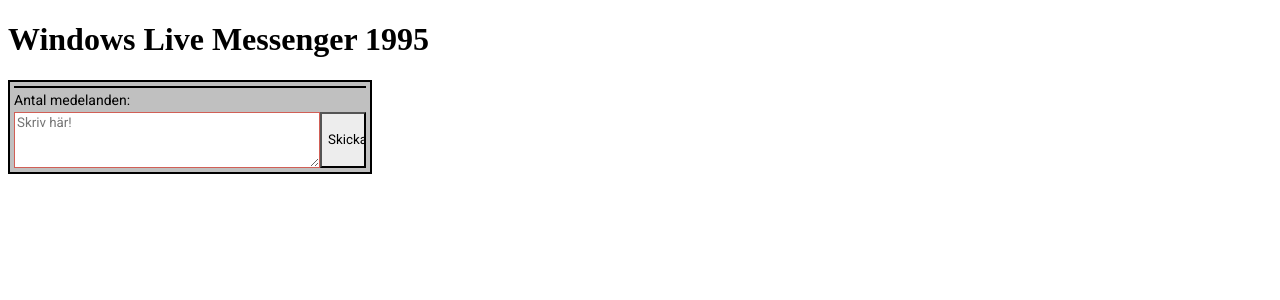
Repository: rs222kn/1dv403-laborationer
Page: 2-labbymezzage/index.html
The author's editor kept a record of every edit. The page is drawn from the files as they stood at one moment, then again after the next edit.
The browser window is 1280 px wide. The pictures show the whole page.

Above is the page before.

### 2-labbymezzage/index.html
<!DOCTYPE html>
<html lang="sv">
<head>
	<meta charset="UTF-8" />
 	<title>MSN</title>
 	<link href='https://fonts.googleapis.com/css?family=Roboto' rel='stylesheet' type='text/css'>
    <link rel="stylesheet" type="text/css" href="css/style.css">
</head>
    <body>
        <header>
            <h1>Windows Live Messenger 1995</h1>
        </header>
        <main>

            <div id="holder">
                <div id="messagearea">

                </div>
                <div id="controls">
                <p id="antMessage" >Antal medelanden: </p>

     		        <textarea id="txt" name="textarea" placeholder="Skriv här!" ></textarea>
     		        <input type="submit" name="bnt" id="send" value="Skicka"/>
     		    </div>
     		</div>

        </main>
        <script src="js/Aimessage.js"></script>
        <script src="js/Message.js"></script>
        <script src="js/MessageBoard.js"></script>
    </body>
</html>

### 2-labbymezzage/css/style.css
/* container for message */
.message{
    margin-left: 20px;
    padding: 6px;
    min-height: 64px;
    margin-bottom: 6px;
    margin-top: 6px;
    width: 300px;
    position: relative;
    background-color: #008080;
}
/* arraw */
.message:after {
	right: 100%;
	top: 78%;
	border: solid transparent;
	content: " ";
	height: 0;
	width: 0;
	position: absolute;
	pointer-events: none;
	border-right-color: #008080;
	border-width: 10px;
	margin-top: -10px;
}
/* mesasge text */
.messageText{

    font-family: 'Roboto', sans-serif;
    color: #FFFFFF;
    margin: 0;
    padding: 0;
    margin-bottom: 4px;
    margin-right: 40px;
}
/* time stamp text on message */
.pdate{
    font-family: 'Roboto', sans-serif;
    font-size: 10px;
    margin: 0;
    padding:0;
    margin-right: 40px;
}

#holder{
    background-color: #C0C0C0;
    width: 360px;
    border: solid 2px;
}
#messagearea{
    margin: 4px;
    border: solid 1px;
}
/* img buttins (clock/remove)*/
.imgBtn{
    height: 20px;
    width: 20px;
    margin:0;
    padding: 0;
    float:right;
}

#txt{
    font-family: 'Roboto', sans-serif;
    margin-left:4px;
    width: 300px;
	height:50px;
	border:1px solid #D15F56;
}
#send{
    font-family: 'Roboto', sans-serif;
    float:right;
    position:relative;
    height:56px;
	width:46px;
	background-color:#ededed;
	margin-right: 4px;
}
#send:hover {
	background-color:#dfdfdf;
}
#send:focus{
    outline:0 !important;
}
#antMessage{
    font-family: 'Roboto', sans-serif;

    font-size: 14px;
    margin: 0;
    padding: 0;
    margin-left: 4px;
    margin-bottom: 4px;

}

#controls{

}



/*Aimesage*/
/* container for message */
.aimessage{
    margin-left: 20px;
    padding: 6px;
    min-height: 64px;
    margin-bottom: 6px;
    margin-top: 6px;
    width: 300px;
    position: relative;
    background-color: #56AAAA;
}
/* arraw */
.aimessage:after {
	left: 100%;
	top: 78%;
	border: solid transparent;
	content: " ";
	height: 0;
	width: 0;
	position: absolute;
	pointer-events: none;
	border-left-color: #56AAAA;
	border-width: 10px;
	margin-top: -10px;
}

### 2-labbymezzage/js/Aimessage.js
"use strict";

function Aimessage(text){
    var doc = {
        btn: document.getElementById("send"),
        txt: document.getElementById("txt"),
        antmess: document.getElementById("antMessage"),
        div: document.getElementById("messagearea")
    };

    var createElemnts = {
        newMessege: document.createElement("div"), // div taggarna medelanderna kommer va i
        text: document.createElement("p"), // medelande texten
        pdate: document.createElement("p"), // datum tiden
        imgRemove: document.createElement("img"), // ta bort knapp/bilden
        imgDate: document.createElement("img")
    };

    // text
    createElemnts.text.innerHTML = text;

    // class
    createElemnts.text.setAttribute("class", "messageText");
    createElemnts.pdate.setAttribute("class", "pdate");
    createElemnts.newMessege.setAttribute("class" ,"aimessage");
    createElemnts.imgRemove.setAttribute("class", "imgBtn");
    createElemnts.imgDate.setAttribute("class", "imgBtn");

    // render
    doc.div.appendChild(createElemnts.newMessege);
    createElemnts.newMessege.appendChild(createElemnts.text);
    createElemnts.newMessege.appendChild(createElemnts.pdate);
}

### 2-labbymezzage/js/Message.js
"use strict";

function Message(message, date){

    this.getText = function(){
        return message;
    };

    this.setText = function(_text){
        message = _text;
    };

    this.getDate = function(){
        return date;
    };

    this.setDate = function(_date){
        date = _date;
    };
}

Message.prototype.toString = function(){
    return this.getText()+" (" + this.getDate() +")";
};
Message.prototype.getHTMLText = function(){
    console.log("denna fungerar: getHTMLText");
    return this.getText().replace(/ \n /g, "<br />");
};
Message.prototype.getDateText = function(){
    var timeStamp = new Date();
    return timeStamp.getHours() + ":" + timeStamp.getMinutes() + ":" + timeStamp.getSeconds();
};

### 2-labbymezzage/js/MessageBoard.js
"use strict";

var MessageBoard = {

    doc:{
        btn: document.getElementById("send"),
        txt: document.getElementById("txt"),
        antmess: document.getElementById("antMessage"),
        div: document.getElementById("messagearea"),
        count: 0

    },

    messages: [],

    init: function(e){
        //btn.onClick = MessageBoard.btnClick();
        MessageBoard.doc.btn.addEventListener("click", MessageBoard.creatMessage);

        // enter i textarea
        MessageBoard.doc.txt.onkeypress = function(e){
           if(e.keyCode == 13 && !e.shiftKey){
                MessageBoard.creatMessage();
                MessageBoard.doc.txt.value ="";
            }
        };

    },
    // skapar medelandet (knapp tryck)
    creatMessage: function(){
        MessageBoard.messages.push(new Message(MessageBoard.doc.txt.value, new Date()));
        MessageBoard.renderMessage(MessageBoard.messages.length -1);
    },

    renderMessages: function(){
        document.getElementById("messagearea").innerHTML = "";

        for (var i = 0; i < MessageBoard.messages.length; i++) {
            MessageBoard.renderMessage(i);
        }
    },
    renderAiMessage: function(nr){

        setTimeout(function(){
            switch (nr) {
                case 0:
                    new Aimessage("Hej");
                    break;
                case 1:
                    new Aimessage("Chillar runt själv då?");
                    break;
                case 2:
                    new Aimessage("Jaha låter kul!");
                    break;
                case 3:
                    new Aimessage("hehe, Men vart kommer du ifrån då?");
                    break;
                case 4:
                    new Aimessage("Okej kommer själv från Malmö");
                    break;
                case 5:
                    new Aimessage("Har du Snapchat?");
                    break;

                default:
                    new Aimessage("...");
            }
        }, 1500);

    },
    renderMessage: function(messageID){
        var nr = messageID+1; // bugg om man tar bort alla medelanden så står det fortfarande 1
        MessageBoard.doc.antmess.innerHTML = "Antal medelanden: " + nr; // skriver ut antal medelanden.

        var createElemnts = {
            newMessege: document.createElement("div"), // div taggarna medelanderna kommer va i
            text: document.createElement("p"), // medelande texten
            pdate: document.createElement("p"), // datum tiden
            imgRemove: document.createElement("img"), // ta bort knapp/bilden
            imgDate: document.createElement("img")
        };
        // text
        createElemnts.text.innerHTML = MessageBoard.messages[messageID].getHTMLText();
        createElemnts.pdate.innerHTML = MessageBoard.messages[messageID].getDateText();

        // img
        createElemnts.imgRemove.setAttribute("src", "img/delete.png"); // addar img bilden till imgRemove
        createElemnts.imgRemove.setAttribute("alt", "red img button");
        createElemnts.imgDate.setAttribute("src", "img/clock.png");
        createElemnts.imgDate.setAttribute("alt", "img of a smal clock");

        // class
        createElemnts.text.setAttribute("class", "messageText");
        createElemnts.pdate.setAttribute("class", "pdate");
        createElemnts.newMessege.setAttribute("class" ,"message");
        createElemnts.imgRemove.setAttribute("class", "imgBtn");
        createElemnts.imgDate.setAttribute("class", "imgBtn");

        // render
        MessageBoard.doc.div.appendChild(createElemnts.newMessege);
        createElemnts.newMessege.appendChild(createElemnts.imgRemove);
        createElemnts.newMessege.appendChild(createElemnts.imgDate);
        createElemnts.newMessege.appendChild(createElemnts.text);
        createElemnts.newMessege.appendChild(createElemnts.pdate);

        // mouse click
        createElemnts.imgRemove.addEventListener("click", function(){ // mouse-click på imgRemove
            var r = confirm("Vill du ta bort medelandet?");
            if(r){
                MessageBoard.removeMessage(messageID);
            }
        });

        createElemnts.imgDate.addEventListener("click", function(){ // mouse-click på imgRemove
            console.log("img clock tryck");
           alert(MessageBoard.messages[messageID].getDate());
        });


        MessageBoard.renderAiMessage(MessageBoard.doc.count);
        MessageBoard.doc.count++;
    },
    removeMessage: function(messageID){
        MessageBoard.messages.splice(messageID, 1);
        MessageBoard.renderMessages();
    }
};

window.onload = MessageBoard.init;

After the next edit:
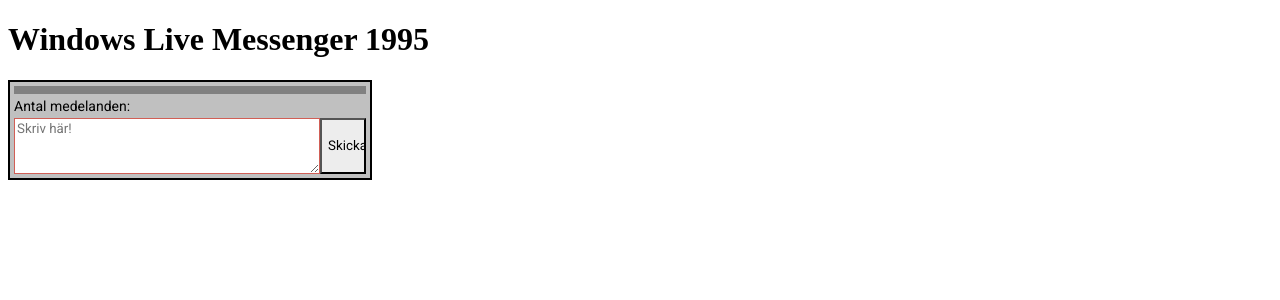
The edit:
--- a/2-labbymezzage/css/style.css
+++ b/2-labbymezzage/css/style.css
@@ -49,7 +49,7 @@
 }
 #messagearea{
     margin: 4px;
-    border: solid 1px;
+    border: solid 4px #808080;
 }
 /* img buttins (clock/remove)*/
 .imgBtn{
